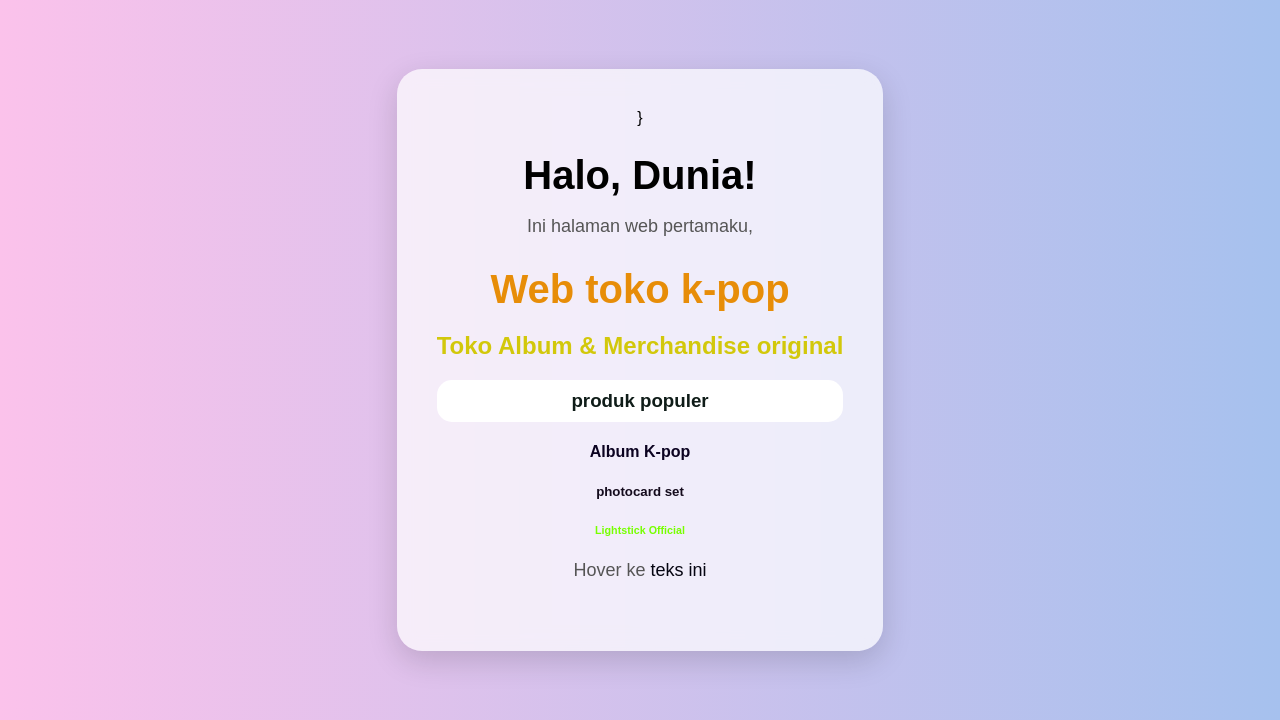
Repository: sekartazivi/241552010020-Web-Application-Development
Page: test.html
The author's editor kept a copy of each file at every save. The page is drawn from the files as they stood at one save, then again after the next save.
The browser window is 1280 px wide. The pictures show the whole page.

Above is the page before, as saved 2026-02-20 09:22:10.

### test.html
<!DOCTYPE html>
<html lang="en">
<head>
    <meta charset="UTF-8">
    <meta name="viewport" content="width=device-width, initial-scale=<,>">
    <title> web toko kpop</title>

            <style>
    body {
        margin: 0;
            padding: 0;
            font-family: 'Poppins', sans-serif;
            background: linear-gradient(to right, #fbc2eb, #a6c1ee);
            display: flex;
            justify-content: center;
            align-items: center;
            height: 100vh;
    }

    .container {
            background: rgba(255, 255, 255, 0.7);
            padding: 40px;
            border-radius: 25px;
            box-shadow: 0 10px 30px rgba(0, 0, 0, 0.15);
            text-align: center;
            backdrop-filter: blur(10px);
    }

    h1 {
            color: #6a0572;
            font-size: 40px;
            margin-bottom: 10px;
    }

    p {
            color: #555;
            font-size: 18px;
            margin-bottom: 30px;
    }

    h3 {
            background-color: #ffffff;
            color: #4b0082;
            padding: 10px;
            border-radius: 15px;
            margin: 10px 0;
            transition: 0.3s;
    }

    h3:hover {
            transform: scale(1.05);
            background-color: #ffe0f7;
    }
    </style>
</head>

<body>
    <div class="container">
        }
    </style>

</head>
<body>
    <h1 style="color: black;">Halo, Dunia!</h1>
    <p>Ini halaman web pertamaku,</p>
    <h1 style="color: rgb(231, 141, 8);">Web toko k-pop</h1>
    <h2 style="color: rgb(210, 200, 11);">Toko Album & Merchandise original</h2>
    <h3 style="color: rgb(15, 28, 24);" >produk populer</h3>
    <h4 style="color: rgb(12, 3, 33);" >Album K-pop</h4>
    <h5 style="color: rgb(20, 11, 28);">photocard set</h5>
    <h6 style="color: rgb(119, 255, 0);">Lightstick Official</h6>
<style>
.tooltip {
  position: relative;
  cursor: pointer;
  color: rgb(5, 5, 17);
}

.tooltip-text {
  visibility: hidden;
  background-color: black;
  color: white;
  padding: 5px 8px;
  border-radius: 4px;
  position: absolute;
  bottom: 125%;
  left: 0;
  white-space: nowrap;
}

.tooltip:hover .tooltip-text {
  visibility: visible;
}
</style>

<p>
  Hover ke
  <span class="tooltip">
    teks ini
    <span class="tooltip-text">Ini tooltip custom</span>
  </span>
</p>


</body>
</html>

After the next save:
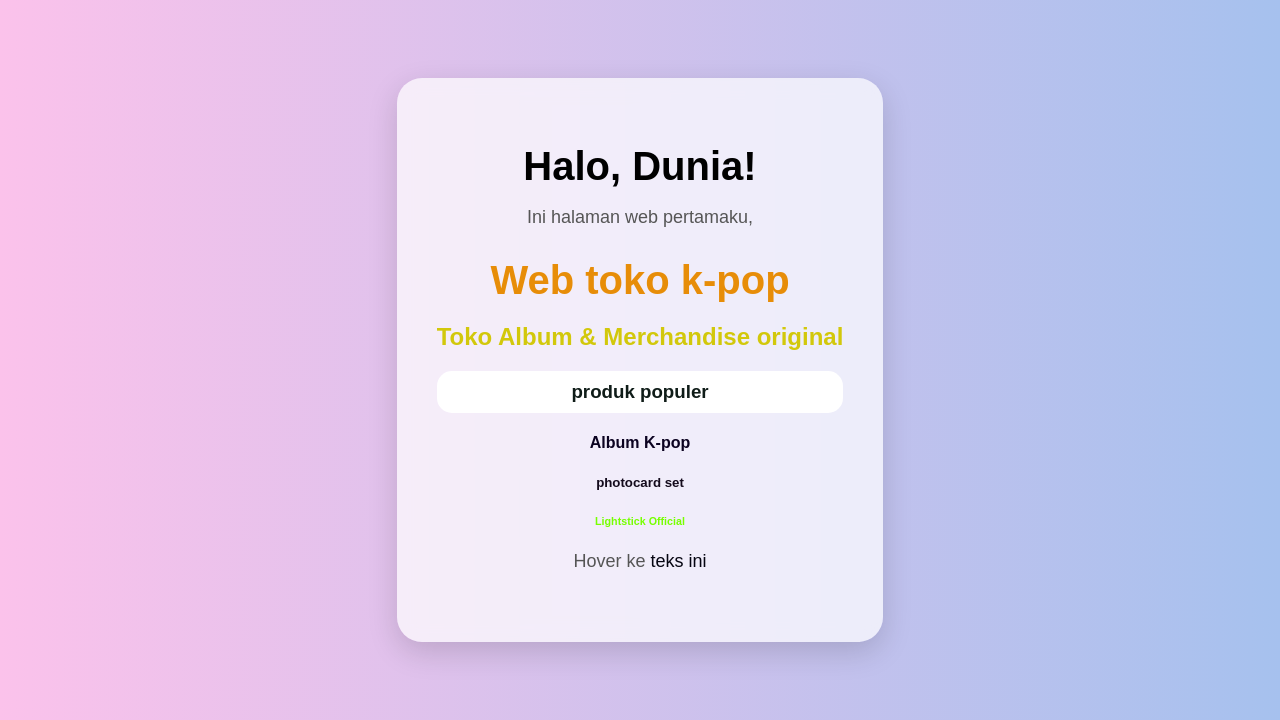
Saved 29 s later.
--- a/test.html
+++ b/test.html
@@ -56,8 +56,6 @@
 
 <body>
     <div class="container">
-        }
-    </style>
 
 </head>
 <body>
